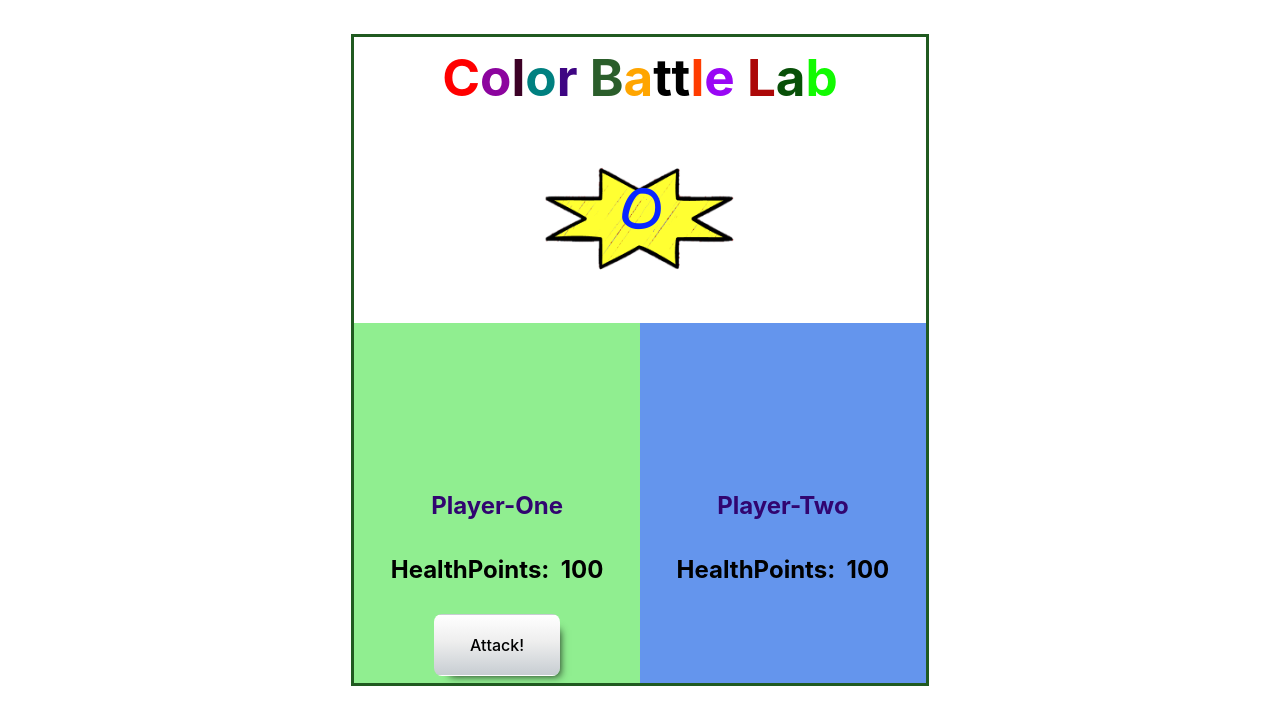
Repository: RAWdevX21/color-battle_lab-build
Page: /
An editor plug-in stored every save of this project. The page is shown before and after the next save, followed by the edit.
The browser window is 1280 px wide. The pictures show the whole page.
Some web fonts or font styles are not loaded; a fallback is used. The project was rebuilt for these pictures with package versions that can differ from the ones it lists, and the page was loaded fresh each time. Also part of the build but not shown: vite.config.js.

Above is the page before, as saved 2023-08-17 09:45:27.

After the next save:
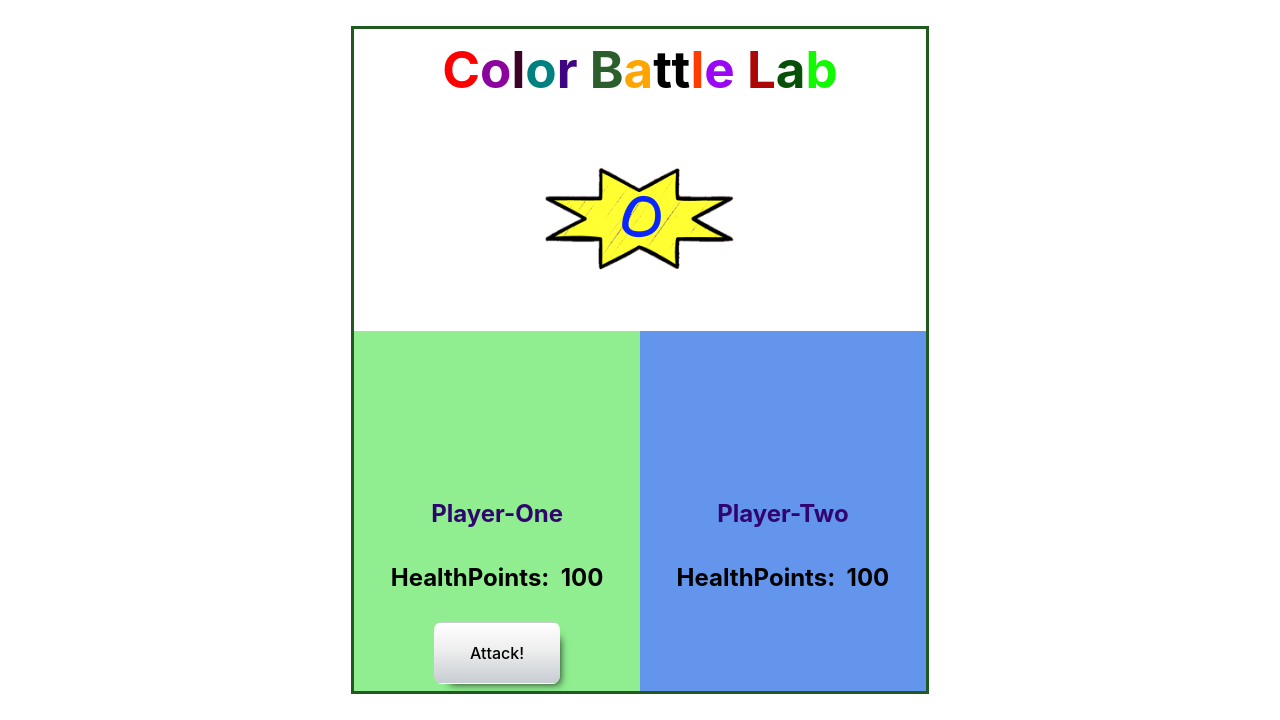
Saved 12 s later.
--- a/src/Components/Die.css
+++ b/src/Components/Die.css
@@ -7,7 +7,7 @@
     font-size: 4rem;
     font-weight: bold;
     padding-bottom: 2rem;
-    padding-top: 1.5rem;
+    padding-top: 2.5rem;
     background-image: url('../assets/pow.png');
     background-size: 13rem 13.5rem;
     background-position: center;
